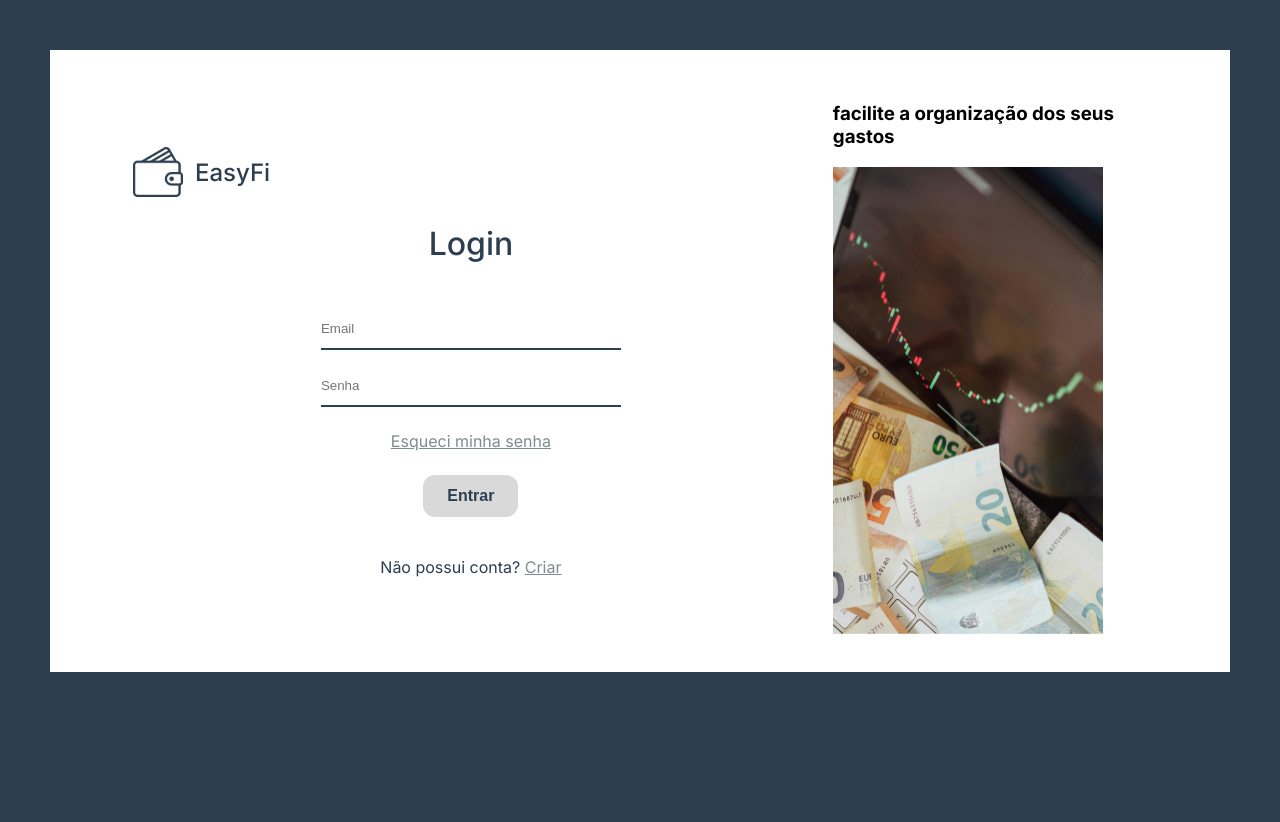
Repository: Ingridiag/projeto-engenharia
Page: login.html
An editor plug-in stored every save of this project. The page is shown before and after a run of saves, followed by the edit.
The browser window is 1280 px wide. The pictures show the whole page.

Above is the page before, as saved 2024-10-28 16:54:06.

After the next 3 saves:
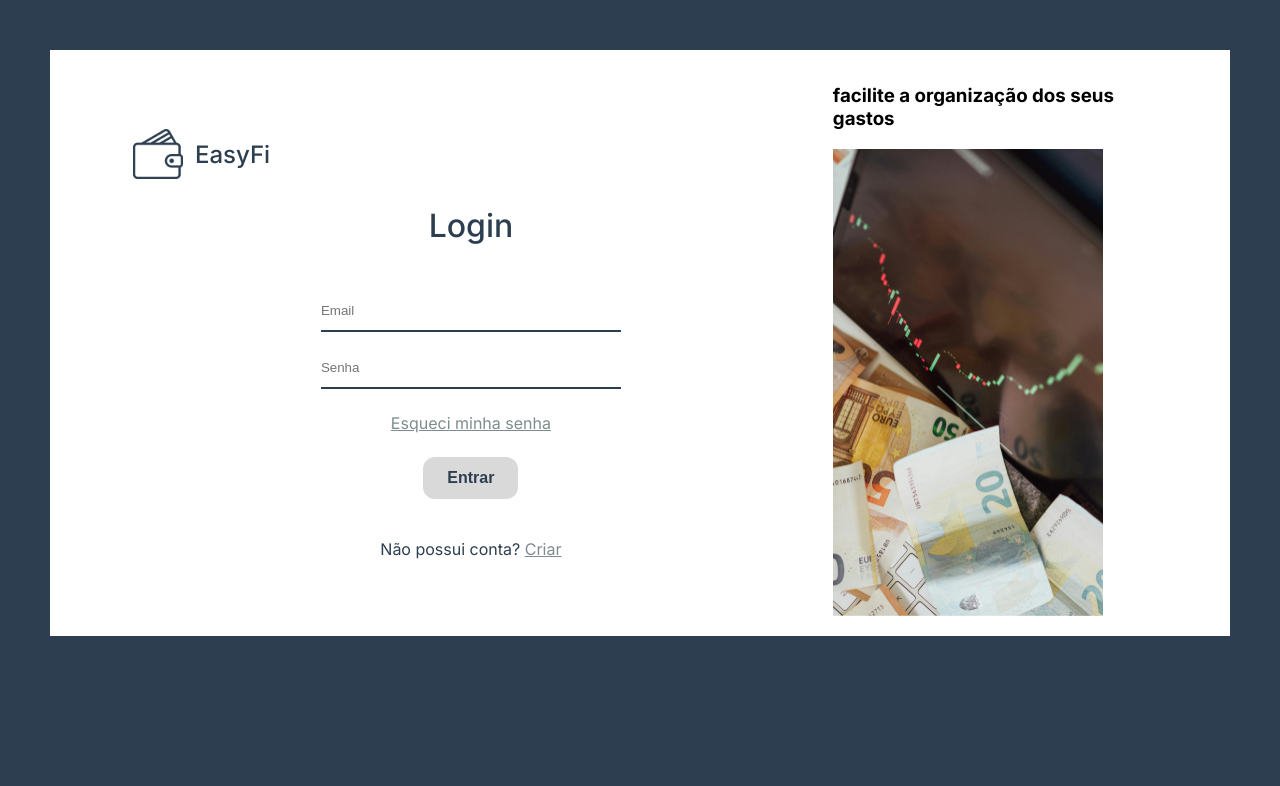
The 3 saves are shown as one change because they came seconds apart.
The last was saved 9 s later.
--- a/style.css
+++ b/style.css
@@ -16,7 +16,7 @@ body {
 
 .login {
     width: 100%;
-    height: 70vh;
+    height: 65vh;
     padding: 5%;
     display: flex;
     align-items: center;
